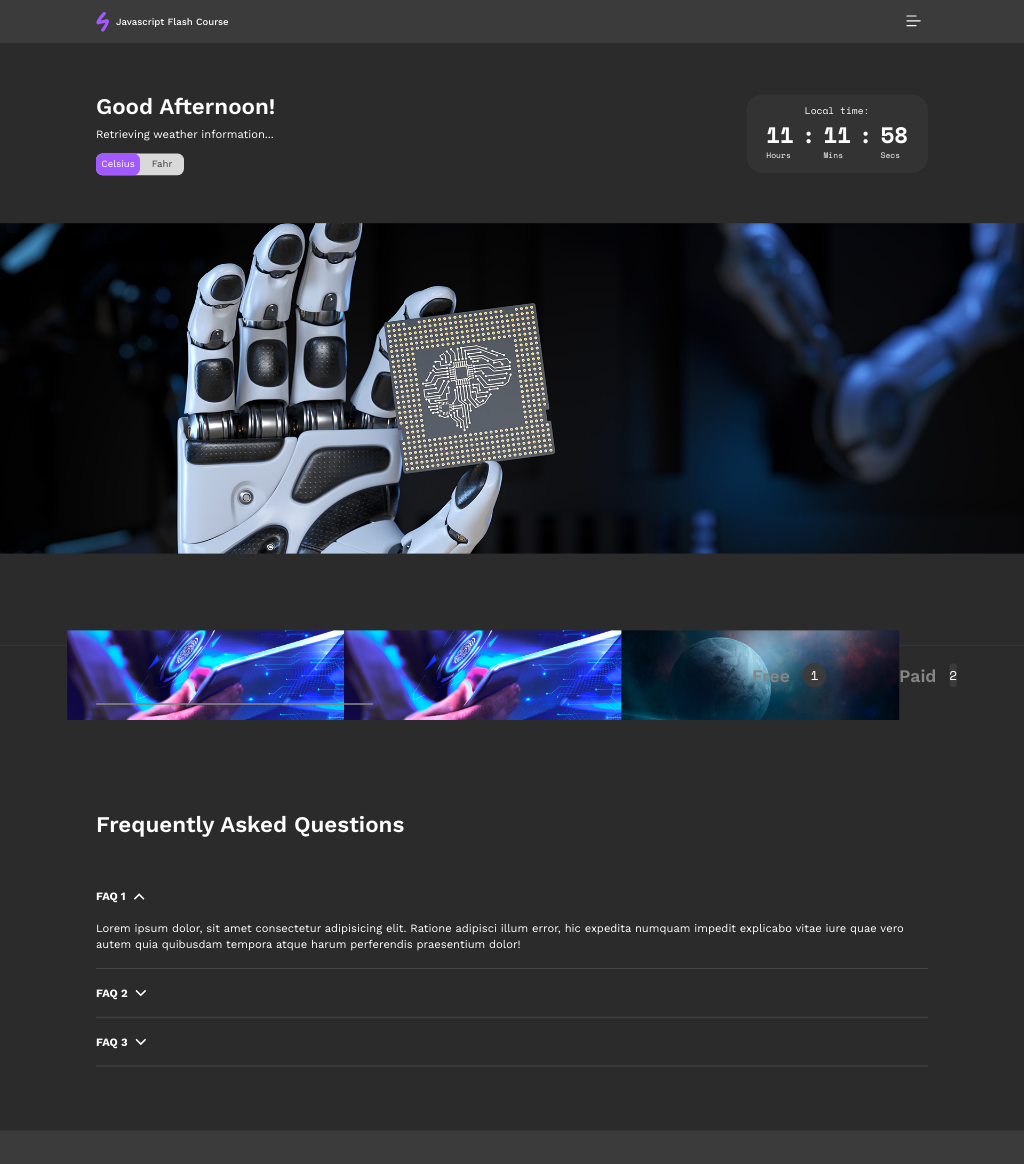
Repository: GettieSirma/JAVASCRIPT-TEST
Page: index.html
These files come from the project's save history. The page is drawn as it stood at one moment and after the next save; the edit follows.
The browser window is 1280 px wide. The pictures show the whole page, at 80% of full size.

Above is the page before, as saved 2024-04-24 11:38:39.

### index.html
<!DOCTYPE html>
<html lang="en">

<head>
    <meta charset="UTF-8" />
    <meta http-equiv="X-UA-Compatible" content="IE=edge" />
    <meta name="viewport" content="width=device-width, initial-scale=1.0" />
    <title>Javascript Flash Course</title>
    <link rel="stylesheet" href="./main.css" />
    <link rel="preconnect" href="https://fonts.googleapis.com" />
    <link rel="preconnect" href="https://fonts.gstatic.com" crossorigin />
    <link href="https://fonts.googleapis.com/css2?family=Space+Mono:ital,wght@0,400;0,700;1,400;1,700&family=Work+Sans:ital,wght@0,100;0,200;0,300;0,400;0,500;0,600;0,700;0,800;0,900;1,100;1,200;1,300;1,400;1,500;1,600;1,700;1,800;1,900&display=swap" rel="stylesheet"
    />
</head>

<body>
    <header>
        <nav class="container">
            <div class="nav-left-side">
                <svg width="17" height="26" viewBox="0 0 17 26" fill="none" xmlns="http://www.w3.org/2000/svg">
            <path
              d="M10.309 2.90741C10.309 2.90741 4.29997 8.73841 2.526 13.9214C2.40313 14.2804 2.73267 14.6124 3.10045 14.5192L13.2394 11.9481C13.9358 11.7715 14.5723 12.3638 14.368 13.0525C12.9552 17.8149 8.62911 23.5897 8.62911 23.5897"
              stroke="#A259FF"
              stroke-width="4"
              stroke-linecap="round"
              stroke-linejoin="round"
            />
          </svg>

                <a href="/">Javascript Flash Course</a>
            </div>

            <button id="open-nav-menu">
          <svg
            width="24"
            height="24"
            viewBox="0 0 24 24"
            fill="none"
            xmlns="http://www.w3.org/2000/svg"
          >
            <path
              fill-rule="evenodd"
              clip-rule="evenodd"
              d="M3 12C3 11.5858 3.33579 11.25 3.75 11.25H20.25C20.6642 11.25 21 11.5858 21 12C21 12.4142 20.6642 12.75 20.25 12.75H3.75C3.33579 12.75 3 12.4142 3 12Z"
              fill="white"
            />
            <path
              fill-rule="evenodd"
              clip-rule="evenodd"
              d="M3 6C3 5.58579 3.33579 5.25 3.75 5.25H15C15.4142 5.25 15.75 5.58579 15.75 6C15.75 6.41421 15.4142 6.75 15 6.75H3.75C3.33579 6.75 3 6.41421 3 6Z"
              fill="white"
            />
            <path
              fill-rule="evenodd"
              clip-rule="evenodd"
              d="M3 18C3 17.5858 3.33579 17.25 3.75 17.25H15C15.4142 17.25 15.75 17.5858 15.75 18C15.75 18.4142 15.4142 18.75 15 18.75H3.75C3.33579 18.75 3 18.4142 3 18Z"
              fill="white"
            />
          </svg>
        </button>

            <div class="wrapper">
                <ul>
                    <li>
                        <button id="close-nav-menu">
                <svg
                  width="47"
                  height="47"
                  viewBox="0 0 47 47"
                  fill="none"
                  xmlns="http://www.w3.org/2000/svg"
                >
                  <path
                    d="M11.7505 11.7495L35.2505 35.2495"
                    stroke="#A259FF"
                    stroke-width="6"
                  />
                  <path
                    d="M35.2502 11.7502L11.7502 35.2502"
                    stroke="#A259FF"
                    stroke-width="6"
                  />
                </svg>
              </button>
                    </li>
                    <li><a href="#home">Home</a></li>
                    <li><a href="#gallery">Gallery</a></li>
                    <li><a href="#products">Products</a></li>
                    <li><a href="#faqs">FAQs</a></li>
                    <li class="socials">
                        <p>Join our community</p>

                        <div>
                            <a href="#">
                                <img src="./assets/socials/DiscordLogo.png" alt="Discord logo" />
                            </a>
                            <a href="#">
                                <img src="./assets/socials/YoutubeLogo.png" alt="Youtube logo" />
                            </a>
                            <a href="#">
                                <img src="./assets/socials/TwitterLogo.png" alt="Twitter logo" />
                            </a>
                            <a href="#">
                                <img src="./assets/socials/InstagramLogo.png" alt="Instagram logo" />
                            </a>
                        </div>
                    </li>
                </ul>
            </div>
        </nav>
    </header>

    <main>
        <section id="home" class="container greeting-section">
            <div class="left-side">
                <h1 id="greeting">Good Afternoon!</h1>
                <p id="weather">Retrieving weather information...</p>
                <div class="weather-group">
                    <input type="radio" checked="true" id="celsius" name="temperature" />
                    <label for="celsius">Celsius</label>
                    <input type="radio" id="fahr" name="temperature" />
                    <label for="fahr">Fahr</label>
                </div>
            </div>

            <div class="right-side">
                <p>Local time:</p>
                <div class="local-time">
                    <div class="time-holder">
                        <span data-time="hours" class="time-number"></span>
                        <span class="time-letter">Hours</span>
                    </div>
                    <span class="time-divider">:</span>
                    <div class="time-holder">
                        <span data-time="minutes" class="time-number"></span>
                        <span class="time-letter">mins</span>
                    </div>
                    <span class="time-divider">:</span>
                    <div class="time-holder">
                        <span data-time="seconds" class="time-number"></span>
                        <span class="time-letter">secs</span>
                    </div>
                </div>
            </div>
        </section>

        <section id="gallery" class="gallery-section">
            <img src="assets/gallery/image1.jpg " alt="" />

            <div class="thumbnails">

            </div>
        </section>

        <section id="products" class="container products-section">
            <div class="products-filter">
                <input type="radio" checked="true" id="all" name="products" />
                <label for="all">
            All
            <span class="product-amount">3</span>
          </label>
                <input type="radio" id="paid" name="products" />
                <label for="paid">
                  <img src="assets/gallery/image2.jpg" alt="">
                  <img src="assets/gallery/image2.jpg" alt="">
                  <img src="assets/gallery/image3.jpg" alt="">
            Paid
            <span class="product-amount">2</span>
          </label>
                <input type="radio" id="free" name="products" />
                <label for="free">
            Free
            <span class="product-amount">1</span>
          </label>

                <span class="glider"></span>
            </div>

            <div class="products-area">

            </div>

        </section>

        <section id="faqs" class="container faqs-section">
            <h3>Frequently Asked Questions</h3>

            <details open>
                <summary>FAQ 1</summary>

                <p>
                    Lorem ipsum dolor, sit amet consectetur adipisicing elit. Ratione adipisci illum error, hic expedita numquam impedit explicabo vitae iure quae vero autem quia quibusdam tempora atque harum perferendis praesentium dolor!
                </p>
            </details>

            <details>
                <summary>FAQ 2</summary>

                <p>
                    Consequuntur earum pariatur dolorem repellat temporibus ducimus sunt suscipit repudiandae cupiditate in accusantium recusandae tempora sint eligendi, perferendis aspernatur architecto voluptas laborum adipisci neque voluptates consequatur.
                </p>
            </details>

            <details>
                <summary>FAQ 3</summary>

                <p>
                    Consequuntur earum pariatur dolorem repellat temporibus ducimus sunt suscipit repudiandae cupiditate in accusantium recusandae tempora sint eligendi, perferendis aspernatur architecto voluptas laborum adipisci neque voluptates consequatur.
                </p>
            </details>
        </section>
    </main>

    <footer></footer>

    <script>
        // Get the elements representing the time
        const hoursElement = document.querySelector('[data-time="hours"]');
        const minutesElement = document.querySelector('[data-time="minutes"]');
        const secondsElement = document.querySelector('[data-time="seconds"]');

        // Function to update the clock
        function updateClock() {
            const now = new Date();
            const hours = now.getHours();
            const minutes = now.getMinutes();
            const seconds = now.getSeconds();

            // Pad single digit hours, minutes, and seconds with leading zero
            const paddedHours = String(hours).padStart(2, '0');
            const paddedMinutes = String(minutes).padStart(2, '0');
            const paddedSeconds = String(seconds).padStart(2, '0');

            // Update the time on the page
            hoursElement.textContent = paddedHours;
            minutesElement.textContent = paddedMinutes;
            secondsElement.textContent = paddedSeconds;
        }

        // Call updateClock() once to immediately display the current time
        updateClock();

        // Update the clock every second
        setInterval(updateClock, 1000);
    </script>

</body>

</html>

### main.css
:root {
  --background-color: #2b2b2b;
  --light-background-color: #3b3b3b;
  --gray-color: #cccccc;
  --dark-gray-color: #858584;
}

html {
  box-sizing: border-box;
  font-size: 16px;
  background: var(--background-color);
  color: white;
  font-family: "Work Sans", sans-serif;
  scroll-behavior: smooth;
}
*,
*:before,
*:after {
  box-sizing: inherit;
}
body,
h1,
h2,
h3,
h4,
h5,
h6,
p,
ol,
ul {
  margin: 0;
  padding: 0;
  font-weight: normal;
}
ol,
ul {
  list-style: none;
}
img {
  max-width: 100%;
  height: auto;
}
button {
  background: none;
  border: none;
  outline: none;
  cursor: pointer;
}
a {
  text-decoration: none;
  color: inherit;
}
.container {
  max-width: 1200px;
  margin: 0 auto;
  padding: 0 20px;
}
@media (min-width: 768px) {
  .container {
    padding: 0 40px;
  }
}
@media (min-width: 1024px) {
  .container {
    padding: 0 60px;
  }
}
@media (min-width: 1280px) {
  .container {
    padding: 0 80px;
  }
}
@media (min-width: 1440px) {
  .container {
    padding: 0 100px;
  }
}
header {
  background: var(--light-background-color);
}
header nav {
  height: 54px;
  display: flex;
  justify-content: space-between;
  align-items: center;
}
header nav .nav-left-side {
  display: flex;
  align-items: center;
}
header nav .nav-left-side a {
  margin-left: 8px;
  font-style: normal;
  font-weight: 500;
  font-size: 12px;
  line-height: 17px;
  text-transform: capitalize;
}
header nav .nav-right-side input[type="checkbox"] {
  display: none;
}
header nav .nav-right-side label {
  cursor: pointer;
}
header nav .wrapper {
  position: fixed;
  top: 0;
  /*left: -100%;*/
  right: -100%;
  height: 100%;
  width: 100%;
  background: var(--background-color);
  transition: all 0.6s ease-in-out;
  display: flex;
  justify-content: center;
  align-items: flex-start;
  padding: 90px 0;
  text-align: center;
  z-index: 999;
}
header nav .wrapper.nav-open {
  right: 0;
}
header nav .wrapper ul li + li {
  margin-top: 60px;
}
header nav .wrapper ul li a {
  font-style: normal;
  font-weight: 400;
  font-size: 32px;
  line-height: 22px;
}
header nav .wrapper ul li.socials p {
  color: var(--gray-color);
  font-style: normal;
  font-weight: 400;
  font-size: 16px;
  line-height: 22px;
  margin-bottom: 20px;
}
main .greeting-section {
  padding-block: 60px;
  display: flex;
  justify-content: space-between;
  align-items: center;
}
@media (max-width: 767px) {
  main .greeting-section {
    flex-direction: column;
  }
}
main .greeting-section .left-side h1 {
  font-style: normal;
  font-weight: 600;
  font-size: 28px;
  line-height: 39px;
  text-transform: capitalize;
}
main .greeting-section .left-side p {
  font-style: normal;
  font-weight: 400;
  font-size: 14px;
  line-height: 20px;
  margin-top: 4px;
}
main .greeting-section .left-side .weather-group {
  background: #d9d9d9;
  border-radius: 8px;
  width: fit-content;
  margin-top: 15px;
  display: flex;
}
main .greeting-section .left-side .weather-group input[type="radio"] {
  position: absolute;
  visibility: hidden;
  display: none;
}
main
  .greeting-section
  .left-side
  .weather-group
  input[type="radio"]:checked
  + label {
  color: #ffffff;
  background: #a259ff;
  border-radius: 8px;
}
main .greeting-section .left-side .weather-group label {
  font-style: normal;
  font-weight: 400;
  font-size: 12px;
  line-height: 17px;
  color: var(--light-background-color);
  text-transform: capitalize;
  padding: 5px;
  width: 55px;
  text-align: center;
  cursor: pointer;
}
main .greeting-section .right-side {
  background: #333333;
  border-radius: 20px;
  padding: 13px 25px 17px;
  display: flex;
  align-items: center;
  justify-content: center;
  flex-direction: column;
}
@media (max-width: 767px) {
  main .greeting-section .right-side {
    margin-top: 20px;
    width: 100%;
  }
}
main .greeting-section .right-side p {
  font-family: "Space Mono";
  font-style: normal;
  font-weight: 400;
  font-size: 12px;
  line-height: 13px;
  margin-bottom: 5px;
}
main .greeting-section .right-side .local-time {
  display: flex;
}
main .greeting-section .right-side .local-time .time-divider,
main .greeting-section .right-side .local-time .time-holder .time-number {
  font-family: "Space Mono";
  font-style: normal;
  font-weight: 700;
  font-size: 28px;
  line-height: 39px;
}
main .greeting-section .right-side .local-time .time-divider {
  margin-inline: 10px;
}
main .greeting-section .right-side .local-time .time-holder {
  display: flex;
  flex-direction: column;
  justify-content: center;
  align-items: flex-start;
}
main .greeting-section .right-side .local-time .time-holder .time-letter {
  font-family: "Space Mono";
  font-style: normal;
  font-weight: 400;
  font-size: 10px;
  line-height: 11px;
  text-transform: capitalize;
}
main .gallery-section {
  padding-bottom: 80px;
  border-bottom: 1px solid var(--light-background-color);
}
main .gallery-section > img {
  width: 100%;
  height: 100%;
  object-fit: cover;
}
main .gallery-section .thumbnails {
  margin-top: 30px;
  display: flex;
  justify-content: center;
  align-items: center;
}
main .gallery-section .thumbnails img {
  width: 75px;
  height: 75px;
  object-fit: cover;
  border-radius: 8px;
  border: 2px solid transparent;
  cursor: pointer;
}
main .gallery-section .thumbnails img[data-selected="true"] {
  border: 2px solid #ffffff;
}
main .gallery-section .thumbnails img + img {
  margin-left: 20px;
}
main .products-section {
  margin-bottom: 80px;
  margin-top: 10px;
}
main .products-section .products-filter {
  display: flex;
  justify-content: center;
  align-items: center;
  position: relative;
}
main .products-section .products-filter input[id="all"]:checked ~ .glider {
  transform: translateX(-100%);
}
main .products-section .products-filter input[id="paid"]:checked ~ .glider {
  transform: translateX(0%);
}
main .products-section .products-filter input[id="free"]:checked ~ .glider {
  transform: translateX(100%);
}
main .products-section .products-filter .glider {
  position: absolute;
  display: flex;
  height: 2px;
  width: calc(100% / 3);
  background-color: var(--dark-gray-color);
  z-index: 1;
  transition: 0.25s ease-out;
  bottom: -10px;
}
main .products-section .products-filter input[type="radio"] {
  position: absolute;
  visibility: hidden;
  display: none;
}
main .products-section .products-filter input[type="radio"]:checked + label {
  color: #ffffff;
}
main
  .products-section
  .products-filter
  input[type="radio"]:checked
  + label
  > .product-amount {
  background: var(--dark-gray-color);
}
main .products-section .products-filter label {
  display: flex;
  align-items: center;
  justify-content: center;
  height: 54px;
  width: calc(100% / 3);
  cursor: pointer;
  font-style: normal;
  font-weight: 600;
  font-size: 22px;
  line-height: 31px;
  transition: color 0.15s ease-in;
  color: var(--dark-gray-color);
}
main .products-section .products-filter label .product-amount {
  font-family: "Space Mono";
  font-style: normal;
  font-weight: 400;
  font-size: 16px;
  line-height: 22px;
  color: #fff;
  background: var(--light-background-color);
  border-radius: 20px;
  width: 30px;
  height: 30px;
  display: flex;
  align-items: center;
  justify-content: center;
  margin-left: 16px;
}
main .products-section .products-area {
  margin-top: 60px;
  display: grid;
  grid-template-columns: repeat(3, 1fr);
  row-gap: 35px;
  column-gap: 51px;
}
@media (max-width: 767px) {
  main .products-section .products-area {
    grid-template-columns: repeat(2, 1fr);
  }
}
@media (max-width: 575px) {
  main .products-section .products-area {
    grid-template-columns: repeat(1, 1fr);
  }
}
main .products-section .products-area .product-item {
  background: var(--light-background-color);
  border-radius: 20px;
  cursor: pointer;
}
main .products-section .products-area .product-item img {
  width: 100%;
  height: 295px;
  object-fit: cover;
  border-radius: 20px 20px 0 0;
}
main .products-section .products-area .product-item .product-details {
  padding: 25px 30px;
}
main
  .products-section
  .products-area
  .product-item
  .product-details
  .product-title {
  font-style: normal;
  font-weight: 600;
  font-size: 22px;
  line-height: 31px;
}
main
  .products-section
  .products-area
  .product-item
  .product-details
  .product-author {
  margin-top: 5px;
  font-family: "Space Mono";
  font-style: normal;
  font-weight: 400;
  font-size: 16px;
  line-height: 22px;
}
main
  .products-section
  .products-area
  .product-item
  .product-details
  .price-title {
  font-family: "Space Mono";
  font-style: normal;
  font-weight: 400;
  font-size: 12px;
  line-height: 13px;
  color: var(--dark-gray-color);
  margin-top: 25px;
}
main
  .products-section
  .products-area
  .product-item
  .product-details
  .product-price {
  font-family: "Space Mono";
  font-style: normal;
  font-weight: 400;
  font-size: 16px;
  line-height: 22px;
  margin-top: 8px;
}
main .faqs-section {
  margin-bottom: 80px;
}
main .faqs-section h3 {
  font-style: normal;
  font-weight: 600;
  font-size: 28px;
  line-height: 39px;
  margin-bottom: 40px;
}
main .faqs-section details {
  border-bottom: 1px solid #4e4e4e;
}
main .faqs-section details[open] {
  padding-bottom: 20px;
}
main .faqs-section details[open] summary::after {
  content: url("data:[embedded picture, 175 characters]");
}
main .faqs-section details summary {
  padding: 20px 0;
  font-style: normal;
  font-weight: 700;
  font-size: 14px;
  line-height: 20px;
  width: 100%;
  cursor: pointer;
  list-style: none;
}
main .faqs-section details summary::-webkit-details-marker,
main .faqs-section details summary::marker {
  display: none;
}
main .faqs-section details summary::after {
  content: url("data:[embedded picture, 175 characters]");
  margin-left: 10px;
}
main .faqs-section details p {
  font-style: normal;
  font-weight: 400;
  font-size: 14px;
  line-height: 20px;
}
footer {
  padding: 21px;
  color: var(--gray-color);
  font-style: normal;
  font-weight: 400;
  font-size: 12px;
  line-height: 13px;
  text-align: center;
  width: 100%;
  background-color: var(--light-background-color);
}

After the next save:
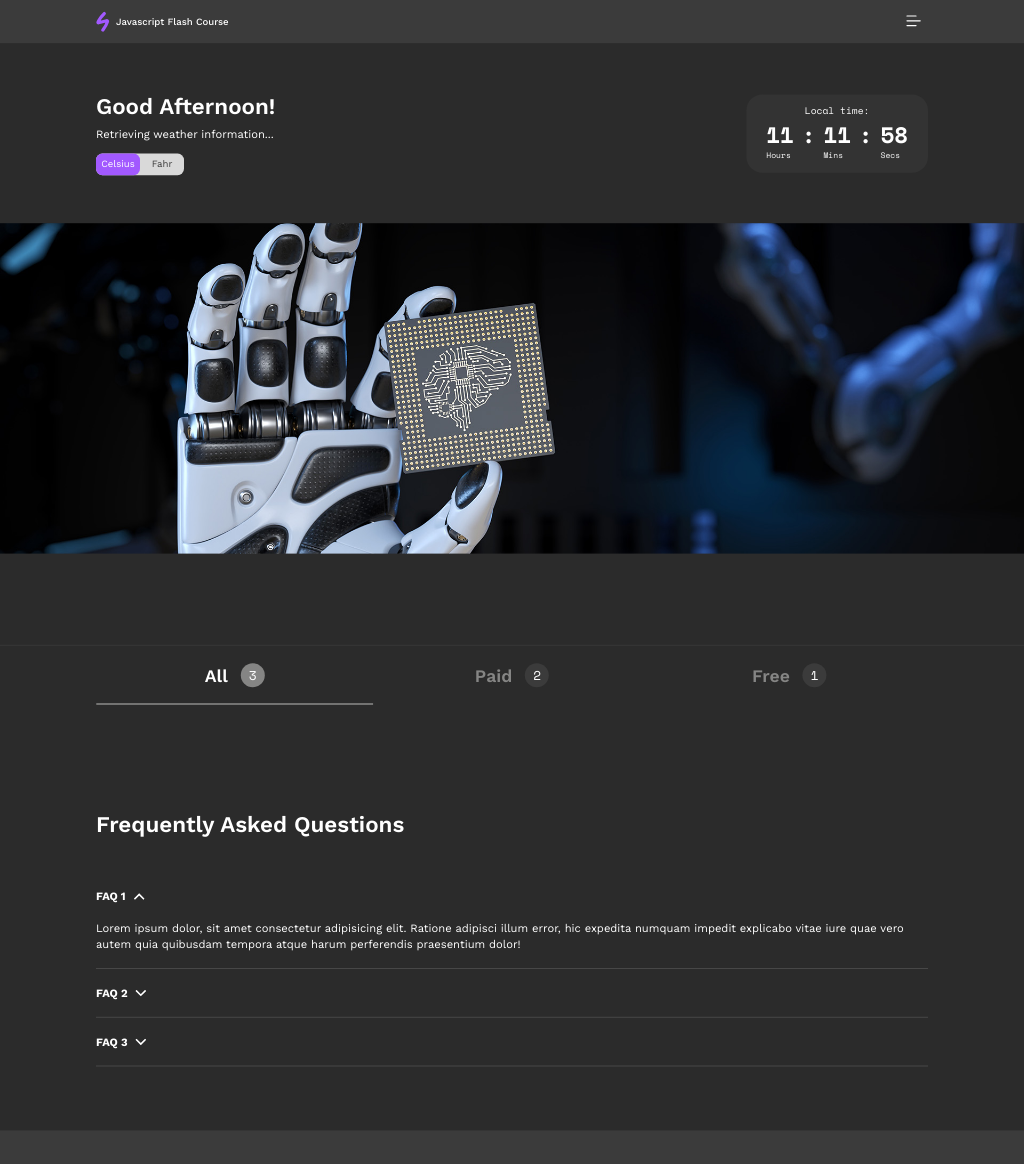
Saved 78 s later.
--- a/index.html
+++ b/index.html
@@ -161,9 +161,7 @@
           </label>
                 <input type="radio" id="paid" name="products" />
                 <label for="paid">
-                  <img src="assets/gallery/image2.jpg" alt="">
-                  <img src="assets/gallery/image2.jpg" alt="">
-                  <img src="assets/gallery/image3.jpg" alt="">
+
             Paid
             <span class="product-amount">2</span>
           </label>
